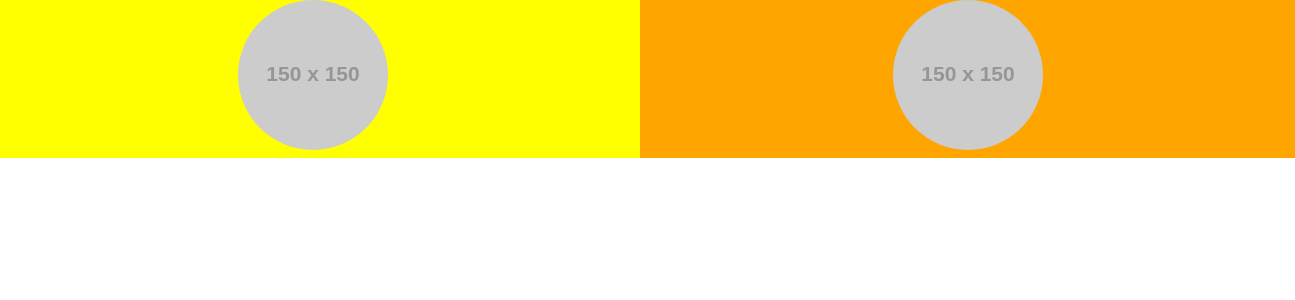
Repository: rsusolutions/RSU-Website
Page: quiz/index.html
These files come from the project's save history. The page is drawn as it stood at one moment and after the next save; the edit follows.
The browser window is 1280 px wide. The page is 1295 px wide, so the pictures cover 1295 px, including what lies to the right of the window. The pictures show the whole page.
Some web libraries are served in a nearby version.

Above is the page before, as saved 2020-04-21 18:58:29.

After the next save:
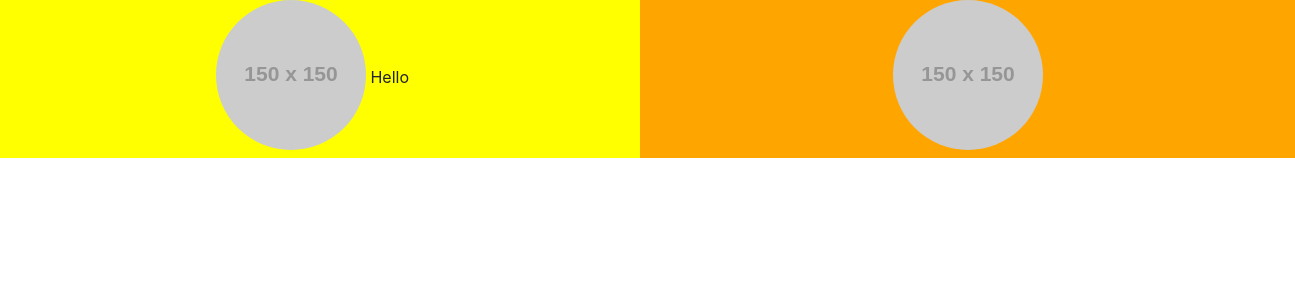
Saved 7 s later.
--- a/quiz/index.html
+++ b/quiz/index.html
@@ -18,6 +18,7 @@
  <div class="row">
       <div class="col" style="background-color:yellow; text-align: center;">
     <img class="rounded-circle mb-2" alt="150x150" src="https://placehold.it/150x150" data-holder-rendered="true">
+    Hello
     </div>
       <div class="col" style="background-color:orange; text-align: center;">
     <img class="rounded-circle mb-2" alt="150x150" src="https://placehold.it/150x150" data-holder-rendered="true">
